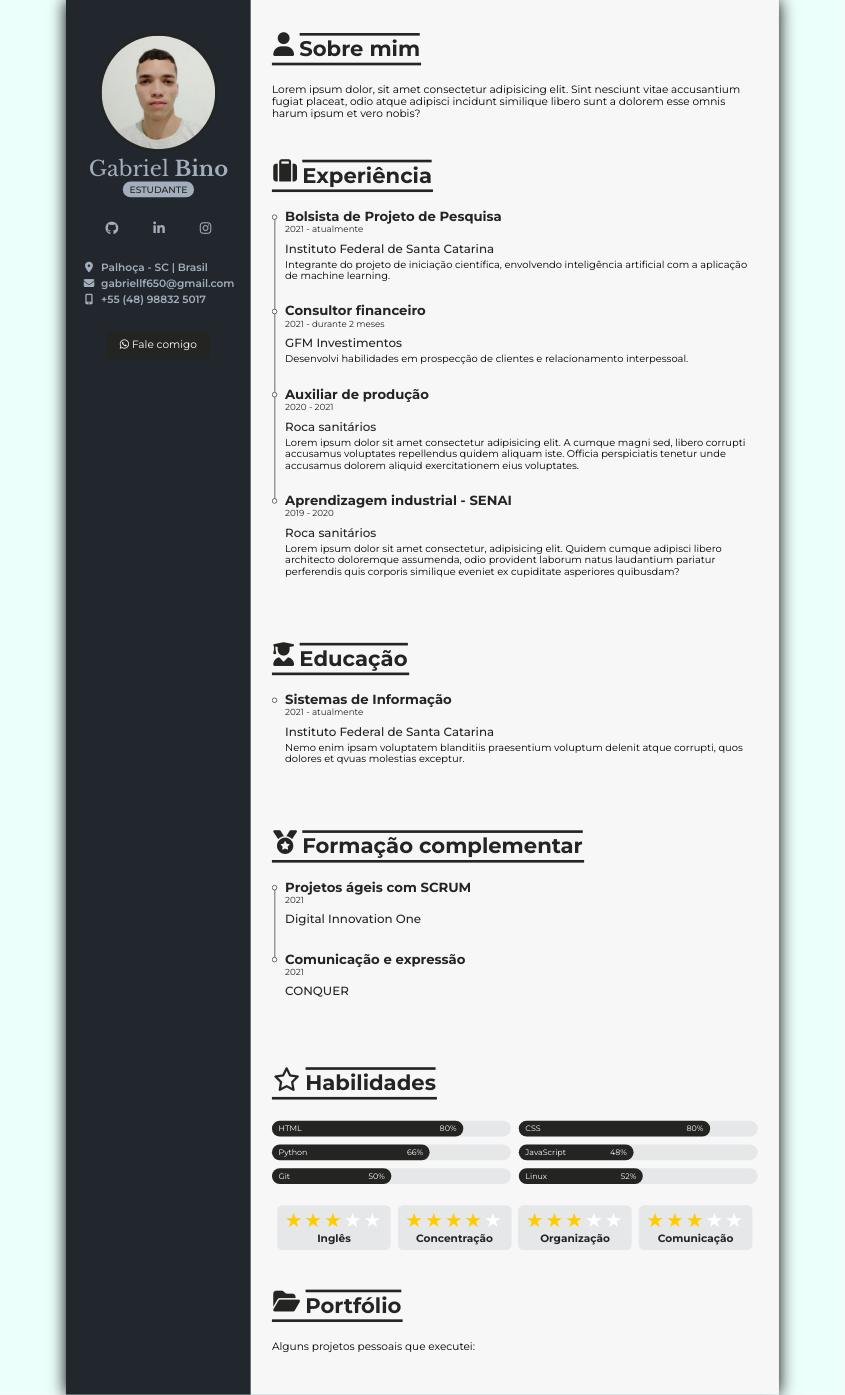
Repository: gabrielbino/curriculoResponsivo
Page: index.html
An editor plug-in stored every save of this project. The page is shown before and after the next save, followed by the edit.
The browser window is 1280 px wide. The pictures show the whole page, at 66% of full size.
Some web libraries are served in a nearby version.

Above is the page before, as saved 2021-10-19 23:05:30.

After the next save:
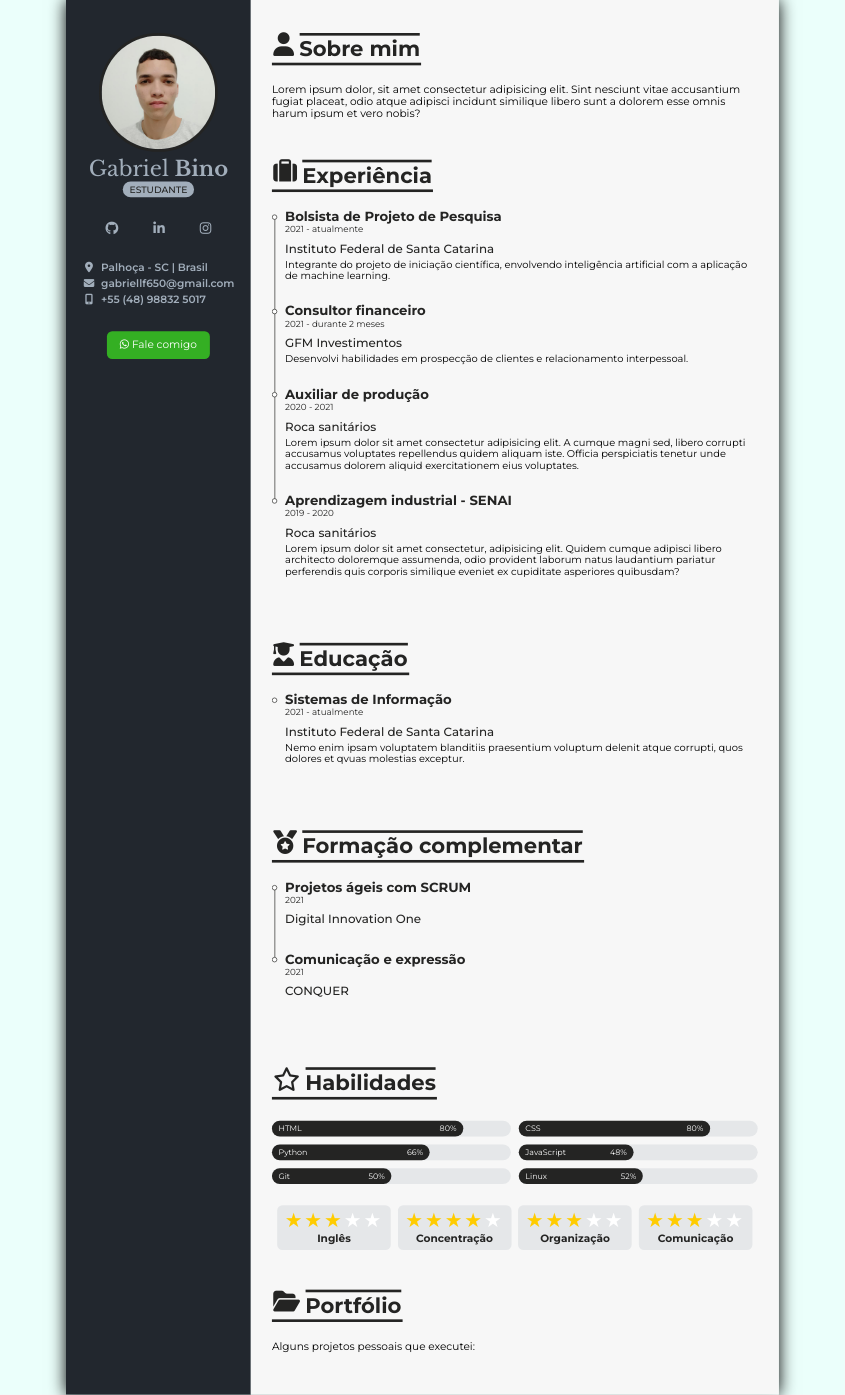
Saved 2 min 52 s later.
--- a/css/style.css
+++ b/css/style.css
@@ -107,7 +107,7 @@ aside {
 }
 
 .download-button {
-  background: #242423;
+  background: #34af23;
   border-radius: 8px;
   color: white;
   display: block;
